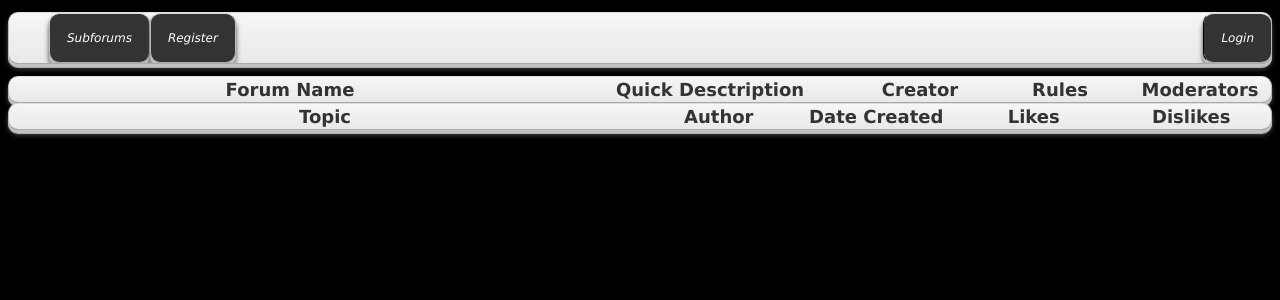
Repository: SuvakovSrdjan/WebForum
Page: http://localhost/Simple-web-forum/SpecificSubforum.jsp
The author's editor kept a copy of each file at every save. The page is drawn from the files as they stood at one save, then again after the next save.
The browser window is 1280 px wide. The pictures show the whole page.
The page is served by Tomcat 9. The template is opened directly, without the code that normally fills it, so the values that code supplies are empty.

Above is the page before, as saved 2017-09-18 15:53:35.

After the next save:
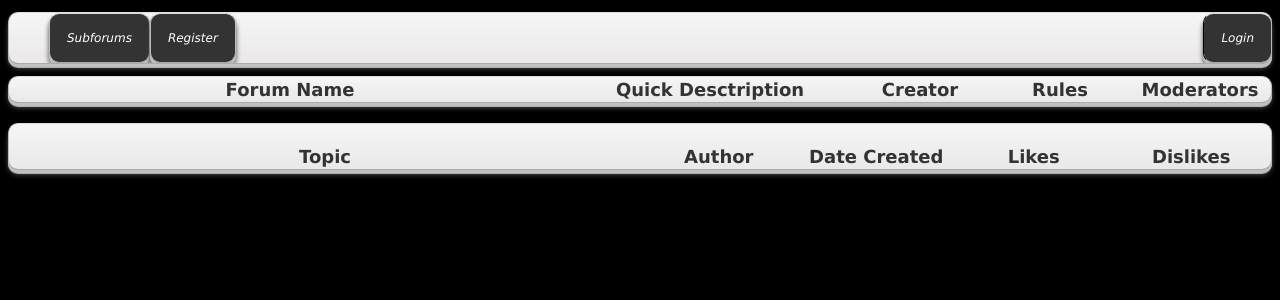
Saved 41 s later.
--- a/Simple-web-forum/WebContent/SpecificSubforum.jsp
+++ b/Simple-web-forum/WebContent/SpecificSubforum.jsp
@@ -58,7 +58,7 @@
 </table>
 
 
-<table>
+<table style="padding-top: 20px; margin-top: 20px;">
 	<tr>
 		<th colspan="4">Topic</th>
 	    <th>Author</th>
